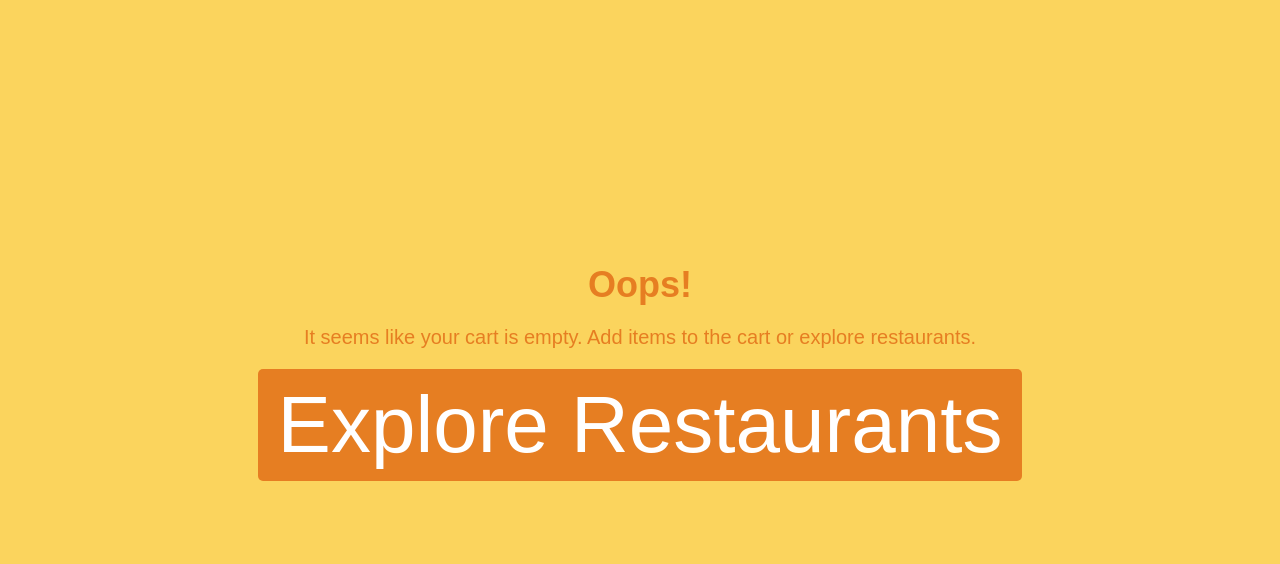
Repository: SWATHIBHUMA/FoodDelivaryApp
Page: http://localhost/FoodDelivaryApp/errorPage.jsp
These files come from the project's save history. The page is drawn as it stood at one moment and after the next save; the edit follows.
The browser window is 1280 px wide. The pictures show the whole page.
The page is served by Tomcat 9.

Above is the page before, as saved 2024-01-14 12:02:11.

After the next save:
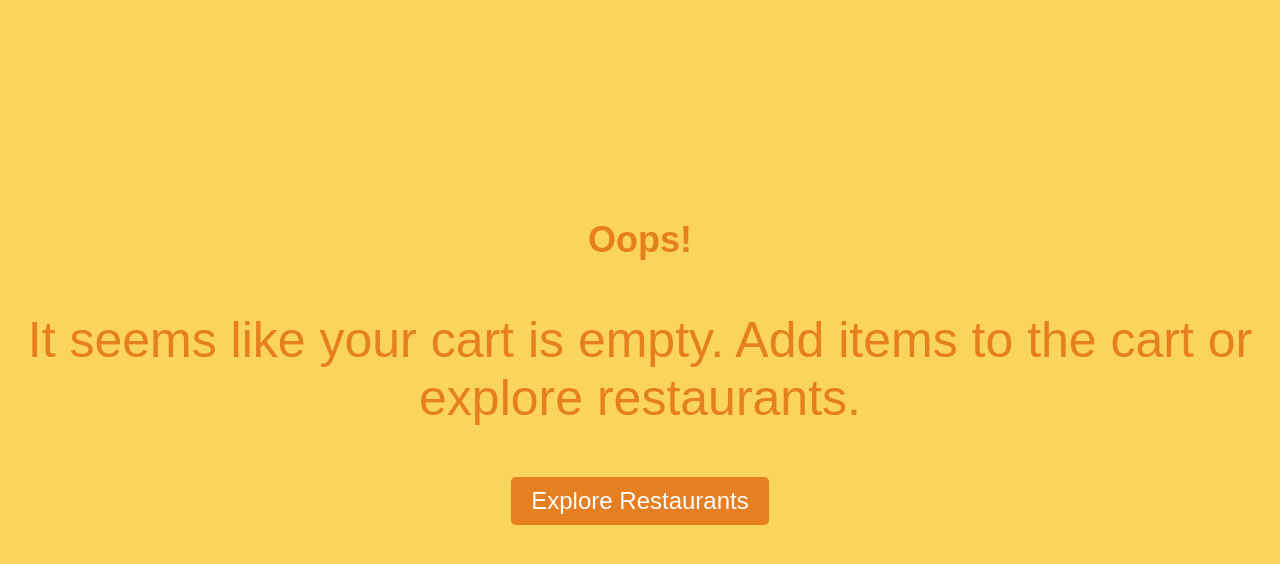
Saved 17 s later.
--- a/FoodDelivaryApp/src/main/webapp/errorPage.jsp
+++ b/FoodDelivaryApp/src/main/webapp/errorPage.jsp
@@ -29,7 +29,7 @@
 
         p {
             color: #e67e22; /* Dark orange text */
-            font-size: 20px; /* Increased font size */
+            font-size: 50px; /* Increased font size */
             animation: fadeIn 1s ease; /* Add fade-in animation */
         }
 
@@ -37,7 +37,7 @@
             background-color: #e67e22; /* Dark orange button color */
             color: #ffffff; /* White button text color */
             padding: 10px 20px;
-            font-size: 80px; /* Increased font size */
+            font-size: 24px; /* Increased font size */
             border: none;
             border-radius: 5px;
             cursor: pointer;
